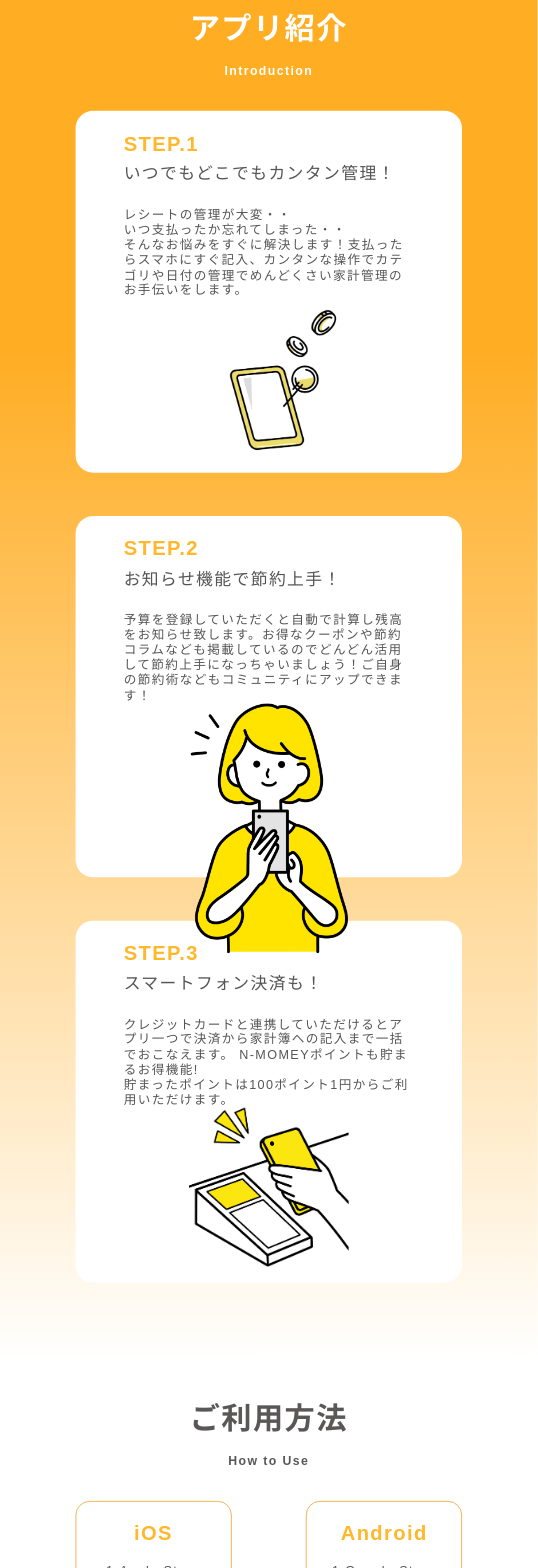
Repository: nozomi-23/lp2_test
Page: index.html
These files come from the project's save history. The page is drawn as it stood at one moment and after the next save; the edit follows.
The browser window is 768 px wide. The pictures show the part of the page from y = 836 to 3076 px (the page is 6253 px tall), at 70% of full size.
Some web fonts or font styles are not loaded; a fallback is used.

Above is the page before, as saved 2022-06-19 14:55:09.

After the next save:
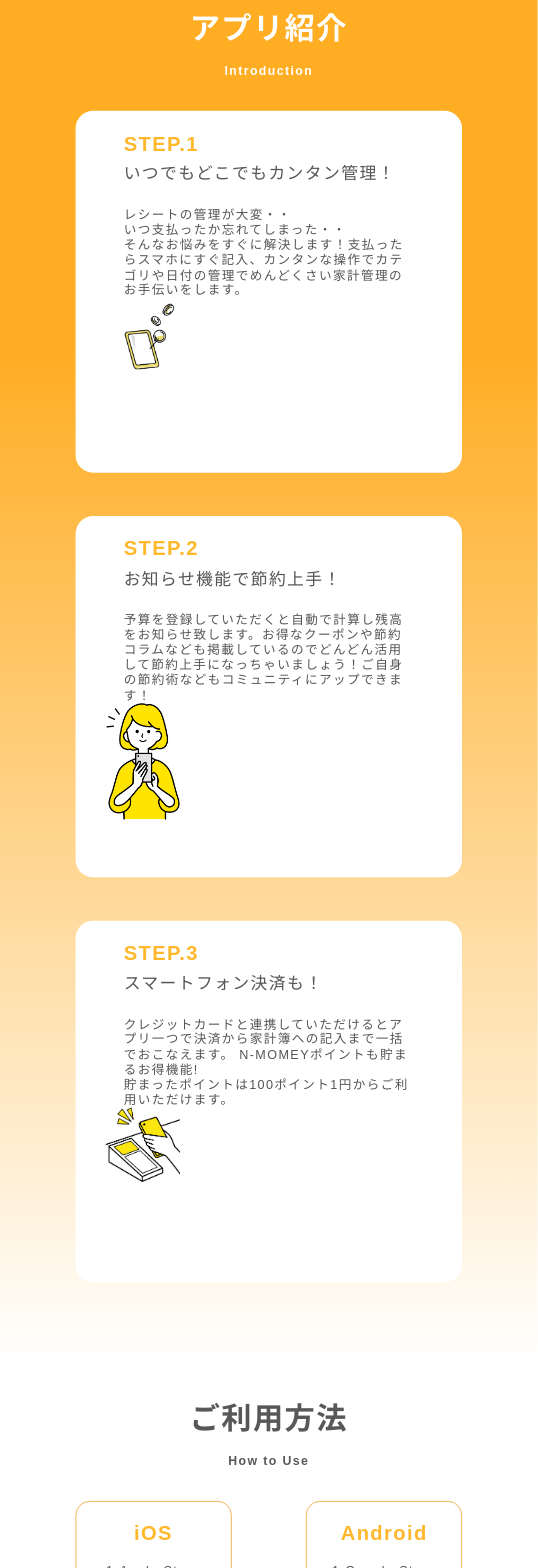
Saved 2 min 6 s later.
--- a/css/common.css
+++ b/css/common.css
@@ -394,6 +394,7 @@
   width: 75%;
   margin: 0 auto;
   }
+     .intro_wrapper_left
   .intro_wrapper_right {
     width: 75%;
     margin: 0 auto;

After the 3 saves that followed:
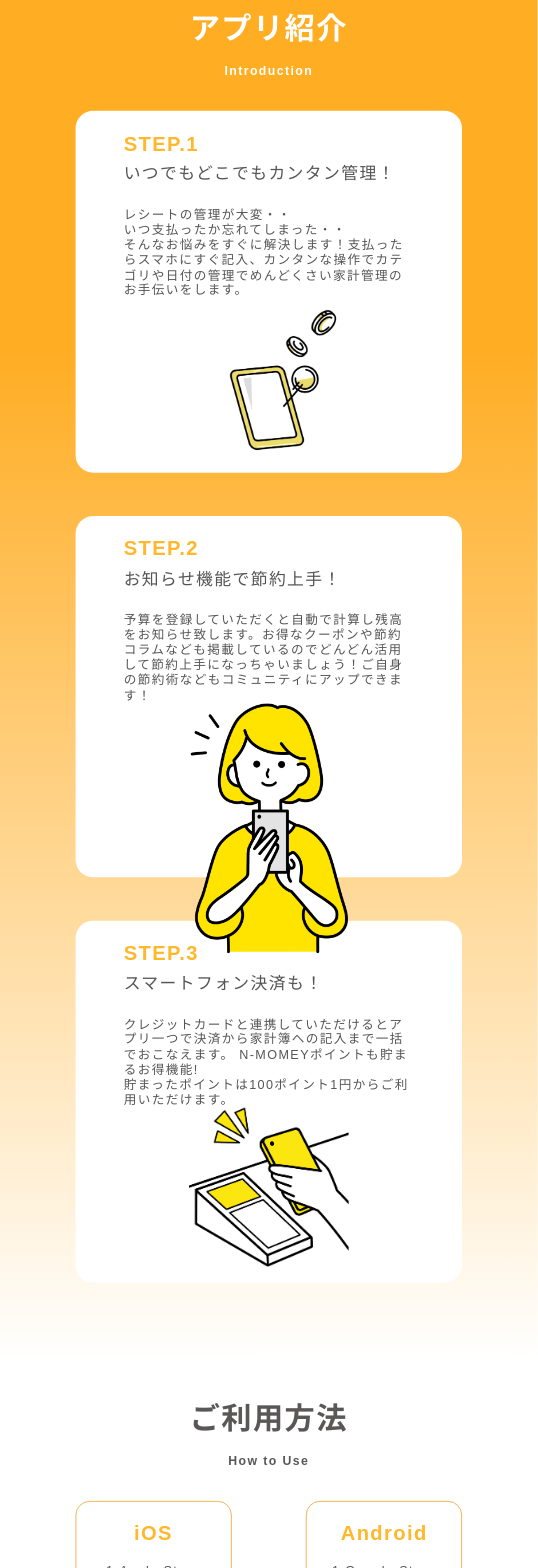
The 3 saves are shown as one change because they came seconds apart.
The last was saved 11 s later.
--- a/css/common.css
+++ b/css/common.css
@@ -394,7 +394,9 @@
   width: 75%;
   margin: 0 auto;
   }
-     .intro_wrapper_left
+  .intro_wrapper_left p{
+
+  }
   .intro_wrapper_right {
     width: 75%;
     margin: 0 auto;
